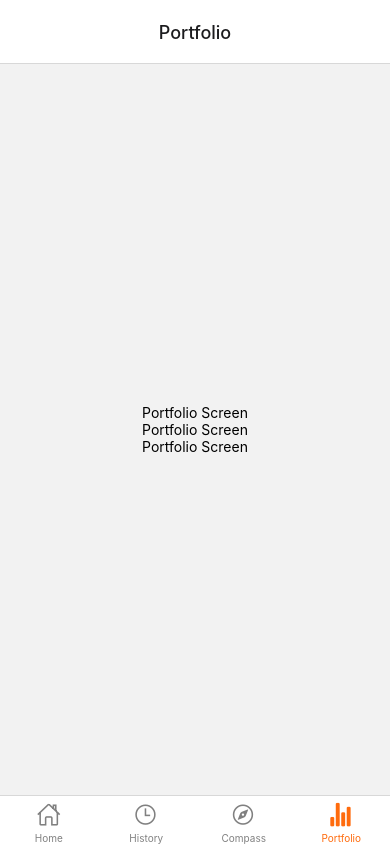
Repository: duongnoob23/WIND_SPEED_IOT
Screen: /Portfolio
The author's editor kept a copy of each file at every save. The screen is drawn from the files as they stood at one save, then again after the next save.
The app was drawn by React Native's web renderer in a window 390 px wide. The project was rebuilt for these pictures with package versions that can differ from the ones it lists, and the page was loaded fresh each time. Also part of the build but not shown: src/page/screens/HomeScreen.js, src/page/screens/ExpensesScreen.js.

Above is the screen before, as saved 2025-03-11 14:32:38.

### App.tsx
import React from "react";
import { NavigationContainer } from "@react-navigation/native";
import AppNavigator from "./src/navigation/AppNavigator";

const App = (): JSX.Element => {
  return (
    <NavigationContainer>
      <AppNavigator />
    </NavigationContainer>
  );
};

export default App;

### src/navigation/AppNavigator.tsx
import React from "react";
import TabNavigator from "./TabNavigator";

const AppNavigator = () => {
  return <TabNavigator />;
};

export default AppNavigator;

### src/navigation/TabNavigator.tsx
import React from "react";
import { createBottomTabNavigator } from "@react-navigation/bottom-tabs";
import { Ionicons } from "@expo/vector-icons";

// Import các màn hình
import HomeScreen from "../page/screens/HomeScreen";
import ExpensesScreen from "../page/screens/ExpensesScreen";
import PortfolioScreen from "../page/screens/PortfolioScreen";
import BankAccountsScreen from "../page/screens/BankAccountsScreen";
import WindScreen from "../page/screens/WindScreen";
import CoreNavigation from "../page/screens/CoreNavigation";

const Tab = createBottomTabNavigator();

const TabNavigator = () => {
  return (
    <Tab.Navigator
      screenOptions={({ route }) => ({
        tabBarIcon: ({ focused, color, size }) => {
          let iconName: keyof typeof Ionicons.glyphMap;
          if (route.name === "Home") {
            iconName = focused ? "home" : "home-outline";
          } else if (route.name === "Expenses") {
            iconName = focused ? "cash" : "cash-outline";
          } else if (route.name === "Portfolio") {
            iconName = focused ? "stats-chart" : "stats-chart-outline";
          } else if (route.name === "BankAccounts") {
            iconName = focused ? "wallet" : "wallet-outline";
          } else if (route.name === "History") {
            iconName = focused ? "time" : "time-outline"; // Ví dụ
          } else if (route.name === "Compass") {
            iconName = focused ? "compass" : "compass-outline"; // Ví dụ
          } else {
            iconName = "help-circle-outline";
          }
          return <Ionicons name={iconName} size={size} color={color} />;
        },
        tabBarActiveTintColor: "#FF6B0D",
        tabBarInactiveTintColor: "gray",
        headerTitleAlign: "center",
      })}
    >
      <Tab.Screen name="Home" component={WindScreen} />
      <Tab.Screen name="History" component={HomeScreen} />
      <Tab.Screen name="Compass" component={ExpensesScreen} />
      <Tab.Screen name="Portfolio" component={PortfolioScreen} />
      {/* <Tab.Screen name="BankAccounts" component={BankAccountsScreen} />
      <Tab.Screen name="Core" component={CoreNavigation} /> */}
    </Tab.Navigator>
  );
};
export default TabNavigator;

### src/page/screens/PortfolioScreen.js
import React from "react";
import { View, Text, StyleSheet } from "react-native";

export default function PortfolioScreen() {
  return (
    <View style={styles.container}>
      <Text style={styles.box1}>Portfolio Screen</Text>
      <Text style={styles.box2}>Portfolio Screen</Text>
      <Text style={styles.box3}>Portfolio Screen</Text>
    </View>
  );
}

const styles = StyleSheet.create({
  container: {
    flex: 1,
    justifyContent: "center",
    alignItems: "center",
    display: "flex",
    flexDirection: "column",
  },
  box1: {
    // width: "100%",
    // flex: 1,
    // backgroundColor: "red",
  },

  box2: {
    // width: "100%",
    // flex: 1,
    // backgroundColor: "blue",
  },
  box3: {
    // width: "100%",
    // flex: 1,
    // backgroundColor: "orange",
  },
});

### src/page/screens/WindScreen.js
// import React from "react";
// import { View, Text, StyleSheet } from "react-native";
// // Ionicons (hoặc dùng bất kỳ bộ icon nào bạn thích)
// import { Ionicons } from "@expo/vector-icons";

// const WindScreen = () => {
//   // Dữ liệu demo
//   const windSpeed = 7.8; // Đơn vị m/s (hoặc km/h)
//   const windLevel = "Gentle Breeze"; // Mức độ gió (tùy vào thang đo Beaufort)

//   return (
//     <View style={styles.container}>
//       {/* Tiêu đề (ví dụ hiển thị tên địa điểm, có thể bỏ nếu không cần) */}
//       <Text style={styles.locationText}>Hà Nội, Việt Nam</Text>

//       {/* Icon gió lớn ở giữa */}
//       <Ionicons name="md-wind" size={120} color="#fff" style={styles.icon} />

//       {/* Thông số tốc độ gió */}
//       <Text style={styles.windSpeed}>{windSpeed} m/s</Text>

//       {/* Mô tả mức độ gió */}
//       <Text style={styles.windLevel}>{windLevel}</Text>
//     </View>
//   );
// };

// export default WindScreen;

// const styles = StyleSheet.create({
//   container: {
//     flex: 1,
//     backgroundColor: "#4776E6", // Màu nền giả lập, bạn có thể đổi thành gradient
//     alignItems: "center",
//     justifyContent: "center",
//   },
//   locationText: {
//     fontSize: 20,
//     color: "#fff",
//     marginBottom: 20,
//   },
//   icon: {
//     marginVertical: 20,
//   },
//   windSpeed: {
//     fontSize: 50,
//     color: "#fff",
//     fontWeight: "bold",
//     marginBottom: 10,
//   },
//   windLevel: {
//     fontSize: 24,
//     color: "#fff",
//   },
// });

import React, { useEffect } from "react";
import { View, Text, StyleSheet, Animated, ScrollView } from "react-native";
import Icon from "react-native-vector-icons/FontAwesome"; // Sử dụng FontAwesome từ react-native-vector-icons

const WindScreen = () => {
  // Animated value cho hiệu ứng rung
  const shakeAnimation = new Animated.Value(0);

  // Dữ liệu demo
  const currentWindSpeed = 11; // m/s (theo hình ảnh)
  const windLevel = "Heavy Rain"; // Theo hình ảnh
  const forecastData = [
    { day: "Two hours ago", speed: 6.5, icon: "cloud" },
    { day: "One hours ago", speed: 11, icon: "cloud" },
    { day: "Now", speed: 7.8, icon: "cloud" },
  ];

  // Hiệu ứng rung cho icon
  useEffect(() => {
    const animate = () => {
      Animated.sequence([
        Animated.timing(shakeAnimation, {
          toValue: 10,
          duration: 100,
          useNativeDriver: true,
        }),
        Animated.timing(shakeAnimation, {
          toValue: -10,
          duration: 100,
          useNativeDriver: true,
        }),
        Animated.timing(shakeAnimation, {
          toValue: 0,
          duration: 100,
          useNativeDriver: true,
        }),
      ]).start(() => setTimeout(animate, 2000)); // Lặp lại sau 2 giây
    };
    animate();
  }, [shakeAnimation]);

  const shakeStyle = {
    transform: [{ translateX: shakeAnimation }],
  };

  return (
    // <ScrollView>
    <View style={styles.container}>
      <Text style={styles.locationText}>London, United Kingdom</Text>

      <Animated.View style={[styles.iconContainer, shakeStyle]}>
        <Icon name="cloud" size={120} color="#FFD60A" />
      </Animated.View>

      <Text style={styles.windSpeed}>{currentWindSpeed} km/h</Text>
      <Text style={styles.windLevel}>{windLevel}</Text>

      <View style={styles.forecastContainer}>
        {forecastData.map((item, index) => (
          <View key={index} style={styles.forecastBox}>
            <Text style={styles.forecastDay}>{item.day}</Text>
            <Icon name={item.icon} size={30} color="#fff" />
            <Text style={styles.forecastSpeed}>{item.speed} m/s</Text>
          </View>
        ))}
      </View>
    </View>
    // {/* </ScrollView> */}
  );
};

export default WindScreen;

const color1 = "black";

const styles = StyleSheet.create({
  container: {
    flex: 1,
    // backgroundColor: "rgba(0, 0, 0, 0.5)", // Nền mờ ảo
    backgroundColor: "black",
    // borderColor: "black",
    // borderWidth: 10,
    alignItems: "center",
    justifyContent: "center",
    padding: 20,
  },
  locationText: {
    fontSize: 20,
    color: "#fff",
    marginBottom: 20,
    textAlign: "center",
  },
  iconContainer: {
    marginVertical: 20,
  },
  windSpeed: {
    fontSize: 50,
    color: "#FFD60A",
    fontWeight: "bold",
    marginBottom: 20,
    textAlign: "center",
  },
  windLevel: {
    fontSize: 24,
    color: "#fff",
    textAlign: "center",
    marginBottom: 100,
  },
  forecastContainer: {
    flexDirection: "row",
    justifyContent: "space-between",
    width: "100%",
  },
  forecastBox: {
    backgroundColor: "rgba(255, 255, 255, 0.2)", // Ô vuông mờ
    borderWidth: 1,
    borderColor: "#fff",
    borderRadius: 10,
    padding: 10,
    alignItems: "center",
    width: "30%",
  },
  forecastDay: {
    fontSize: 12,
    color: "#fff",
    marginBottom: 5,
  },
  forecastSpeed: {
    fontSize: 18,
    color: "#fff",
    fontWeight: "bold",
  },
});

After the next save:
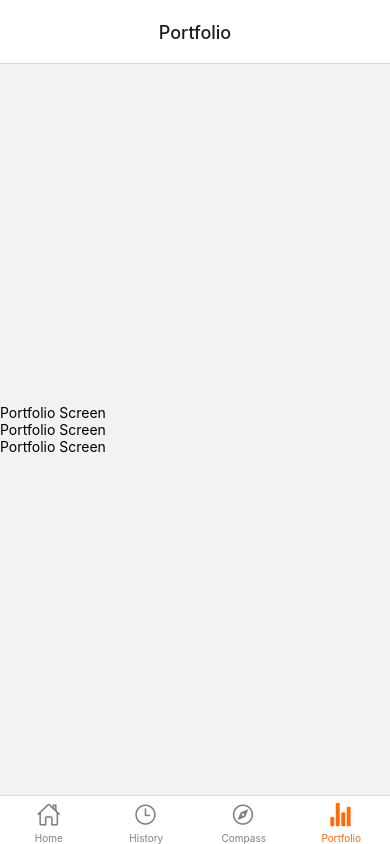
Saved 5 s later.
--- a/src/page/screens/PortfolioScreen.js
+++ b/src/page/screens/PortfolioScreen.js
@@ -15,7 +15,7 @@ const styles = StyleSheet.create({
   container: {
     flex: 1,
     justifyContent: "center",
-    alignItems: "center",
+    // alignItems: "center",
     display: "flex",
     flexDirection: "column",
   },
